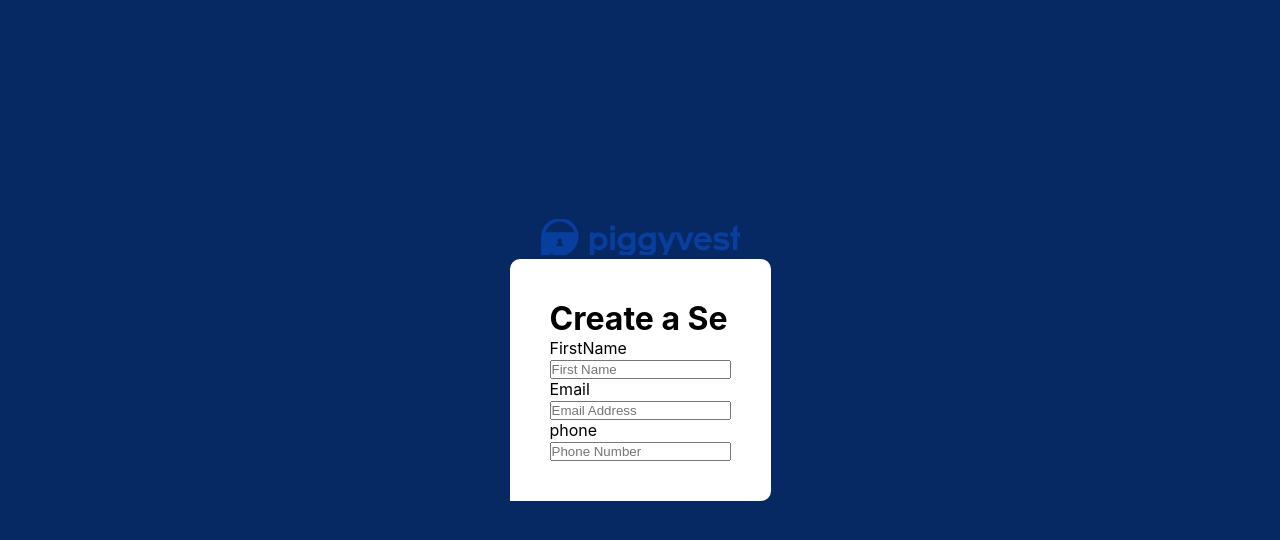
Repository: hisreal123/PiggyVest-login-Clone
Page: /RegisterPage
These files come from the project's save history. The page is drawn as it stood at one moment and after a run of saves; the edit follows.
The browser window is 1280 px wide. The pictures show the whole page.
The project was rebuilt for these pictures with package versions that can differ from the ones it lists, and the page was loaded fresh each time. The framework's server and built-in components were replaced by stand-ins that run in the browser. Also part of the build but not shown: next.config.js.

Above is the page before, as saved 2022-07-29 22:15:55.

### pages/_app.tsx
import '../styles/globals.scss'
import type { AppProps } from 'next/app'

import '../styles/All.scss'

function MyApp({ Component, pageProps }: AppProps) {
  return <Component {...pageProps} />
}

export default MyApp

### pages/RegisterPage.tsx
import Image from "next/image";
import Link from "next/link";
import React from "react";
import { Logo } from "../Components/logo";
import { RegisterForm } from "../Components/RegisterForm";
import logo from "../public/Assets/piggyvest.svg";

export default function RegisterPage() {
  return (
    <div className="Register ">
      <Logo src={logo} />

      <div className="wrapper ">
        <RegisterForm />
      </div>
    </div>
  );
}

### styles/globals.scss
* {
  box-sizing: border-box;
  padding: 0;
  margin: 0;
}

html,
body {
  padding: 0;
  margin: 0;
  font-family: -apple-system, BlinkMacSystemFont, Segoe UI, Roboto, Oxygen,
    Ubuntu, Cantarell, Fira Sans, Droid Sans, Helvetica Neue, sans-serif;
}

a {
  text-decoration: none;
}

.container {
  padding: 0 2rem;
}
.title a:hover,
.title a:focus,
.title a:active {
  text-decoration: underline;
}

### styles/All.scss
// Register Page Design

.Register {
  background-color: #062863;
  height: 100vh;
  display: flex;
  flex-direction: column;
  justify-content: center;
  align-items: center;

  .RegisterForm {
    background-color: rgb(255, 255, 255);
    width: fit-content;
    padding: 40px 40px;
    border-radius: 10px 10px 10px 0;
    shadow: 0 0 2px lightgrey;
  }
}

### Components/logo.tsx
import Image from "next/image";
import Link from "next/link";
import React from "react";

interface imageProps {
  src: string;
}

export const Logo: React.FC<imageProps> = ({ src }) => {
  return (
    <div className="logoWrap">
      <Link href="#" className="logo">
        <Image
          alt=" logo "
          src={src}
          height="36"
          width="199"
          objectFit="cover"
        />
      </Link>
    </div>
  );
};

### Components/RegisterForm.tsx
import React, { useState } from "react";
import { AllInput } from "./AllInput";
import { InputProps as FormProps } from "./AllProps";

// interface RegisterFormProps {}
export const RegisterForm: React.FC = () => {
  return (
    <div className="RegisterForm">
      <div className="formHead">
        <h1> Create a Se</h1>
      </div>
      <div className="inputSection">
        <AllInput
          type="text"
          name="FirstName"
          placeholder="First Name "
          label="Full Name"
          value=" value"
        />

        <AllInput
          type="email"
          name="Email "
          placeholder="Email Address"
          label="Email Address"
          value=" value"
        />

        <AllInput
          type="text"
          name="phone"
          placeholder="Phone Number "
          label="Phone Number"
          value=" value"
        />
      </div>
    </div>
  );
};

### Components/AllInput.tsx
import React, { useState } from "react";
import { InputProps } from "./AllProps";

export const AllInput: React.FC<InputProps> = ({
  name,
  type,
  placeholder,
  value,
  label,
}) => {
  const [input, setInput] = useState({});

  const handleChange = (e: React.ChangeEvent<HTMLInputElement>) => {
    setInput({ ...input, [e.target.name]: e.target.value });
    console.log(e.target.name);
  };


  return (
    <div>
      <label htmlFor="FullName"> {name}</label>
      <br></br>
      <input
        type={type}
        name={name}
        placeholder={placeholder}
        onChange={handleChange}
      />
    </div>
  );
};

After the next 2 saves:
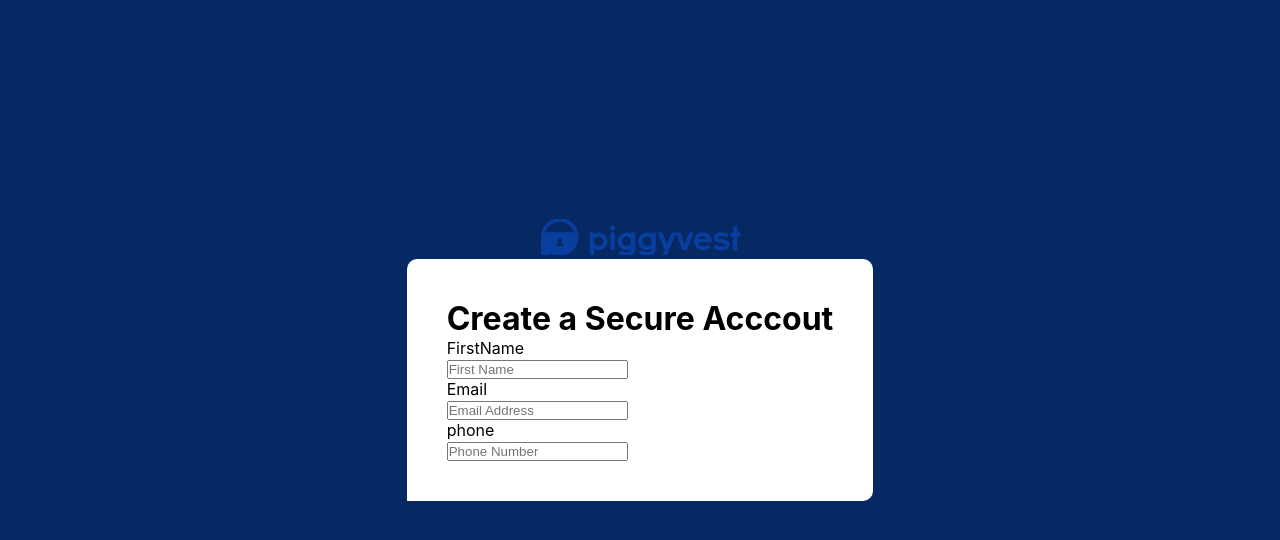
The 2 saves are shown as one change because they came seconds apart.
The last was saved 7 s later.
--- a/Components/RegisterForm.tsx
+++ b/Components/RegisterForm.tsx
@@ -7,7 +7,8 @@
   return (
     <div className="RegisterForm">
       <div className="formHead">
-        <h1> Create a Se</h1>
+        <h1> Create a Secure Acccout</h1>
+
       </div>
       <div className="inputSection">
         <AllInput
